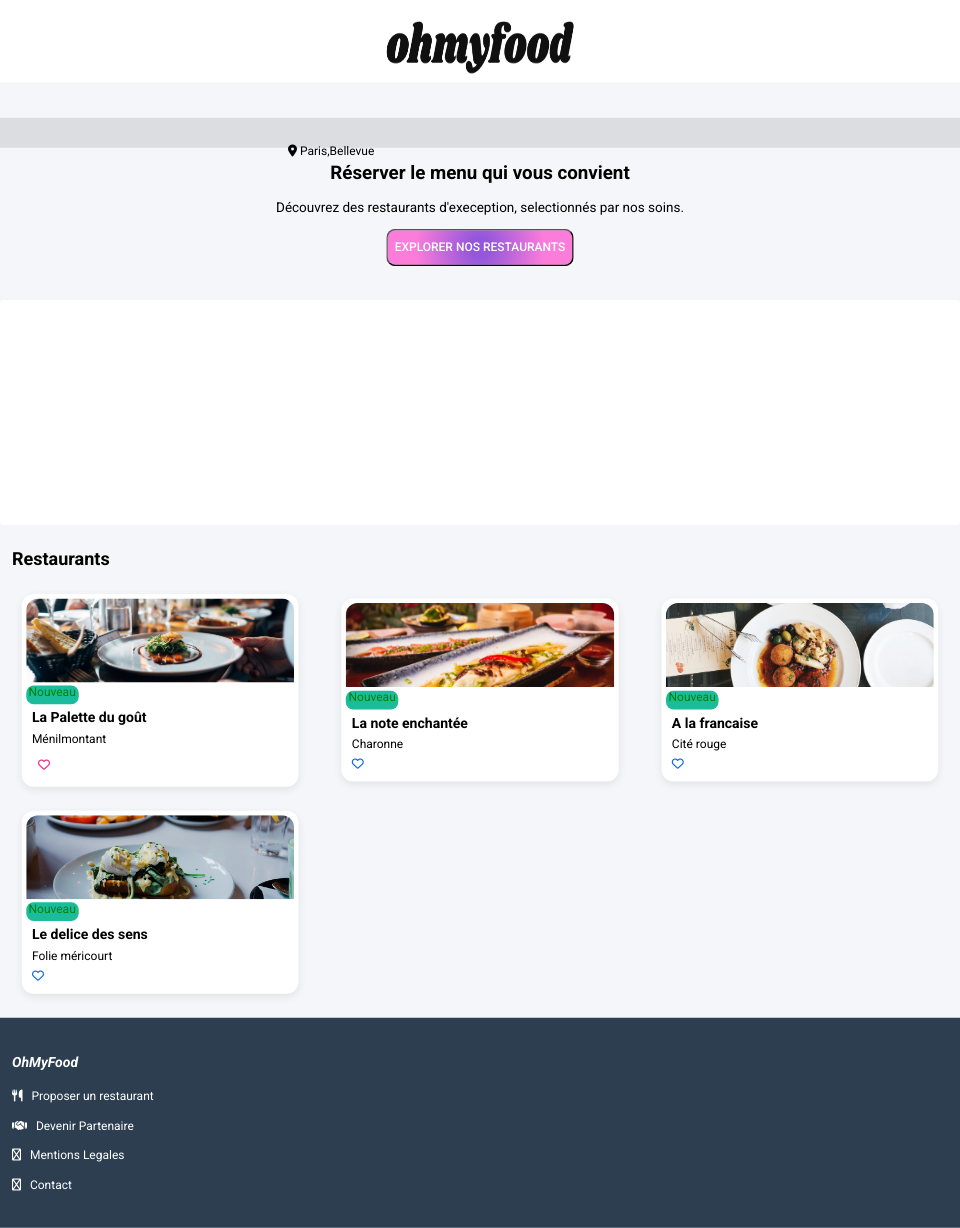
Repository: ultraasedev/ohmyfood
Page: index.html
An editor plug-in stored every save of this project. The page is shown before and after the next save, followed by the edit.
The browser window is 1280 px wide. The pictures show the whole page, at 75% of full size.
Some web fonts or font styles are not loaded; a fallback is used. Some web libraries are served in a nearby version.

Above is the page before, as saved 2022-10-27 18:28:51.

### index.html
<!doctype html>
<html lang="fr">
    <head>
        <meta charset="UTF-8">
        <meta name="viewport" content="width=device-width,minimum-scale=1,initial-scale=1,maximum-scale=2">

      <title>Ohmyfood!  - Home</title>
       <meta name="description" content="Ohmyfood! est une entreprise de commande de repas en ligne. Notre concept permet aux
       utilisateurs de composer leur propre menu et réduire leur temps d’attente dans les
       restaurants car leur menu est préparé à l’avance. Plus de perte de temps à consulter la carte"/>
       <meta property="og:site_name" content="Ohmyfood!  - est une entreprise de commande de repas en ligne. Notre concept permet aux
       utilisateurs de composer leur propre menu et réduire leur temps d’attente dans les
       restaurants car leur menu est préparé à l’avance. Plus de perte de temps à consulter la carte" />
       <meta property="og:description" content="est une entreprise de commande de repas en ligne. Notre concept permet aux
       utilisateurs de composer leur propre menu et réduire leur temps d’attente dans les
       restaurants car leur menu est préparé à l’avance. Plus de perte de temps à consulter la carte" />




       <link type="text/css" rel="stylesheet" href="css/normalize.css"/>
       <link type="text/css" rel="stylesheet" href="css/all.min.css"/>
       <link type="text/css" rel="stylesheet" href="css/fontawesome.min.css"/>
       <link rel="preconnect" href="https://fonts.googleapis.com">
        <link rel="preconnect" href="https://fonts.gstatic.com" crossorigin>
       <link href="https://fonts.googleapis.com/css2?family=Roboto:ital,wght@0,100;0,300;0,400;0,500;0,700;0,900;1,100;1,300;1,400;1,500;1,700;1,900&family=Shrikhand&display=swap" rel="stylesheet">
       <script   src="https://kit.fontawesome.com/f132f25ed3.js" crossorigin="anonymous"></script>

       <link type="text/css" rel="stylesheet" href="css/style.css" />



       </head>

       <body>
<!--Nav + Logo-->
   <div class="nav">
    <div class="logo">
      <img src="images/logo/ohmyfood.png" alt="Ohmyfood !" class="logo"/>
    </div>
   </div>


<!--Header-->
<header>
  <!--Location-->
 <div class="location">
  <div class="villeloca"><p><i class="fa-sharp fa-solid fa-location-dot"></i> Paris,Bellevue</p></div>
</div>

  <div class="head-cont">
    <h2>Réserver le menu qui vous convient</h2>
    <p>Découvrez des restaurants d'exeception, selectionnés par nos soins.</p>

    <button class="btn-nav">
      Explorer nos restaurants
    </button>
  </div>
</header>

<!--Fonctionnement-->
<section class="cont-fonc">


</section>
<!--Fonctionnement-->

<!--Restau 1-->
<section class="cont-art">
  <h2>Restaurants</h2>

  <!-- Card 1 -->
              <article class="resto-card">
                <a href="#">
                  <img
                    src="./images/restaurants/jay-wennington-N_Y88TWmGwA-unsplash.jpg"
                    alt="Photo de l'hébergement"
                  />
                  <div class="new">Nouveau</div>
                  <h3>La Palette du goût</h3>
                  <p>Ménilmontant</p>
                  <div class="stars">
                    <i class="fa-regular fa-heart active"></i>
                  </div>
                </a>
              </article>


               <!-- Card 2 -->
               <article class="resto-card">
                <a href="#">
                  <img
                    src="./images/restaurants/louis-hansel-shotsoflouis-qNBGVyOCY8Q-unsplash.jpg"
                    alt="Photo de l'hébergement"
                  />
                  <div class="new">Nouveau</div>
                  <h3>La note enchantée</h3>
                  <p>Charonne</p>
                  <div class="stars">
                    <i class="fa-regular fa-heart"></i>

                  </div>
                </a>
              </article>

               <!-- Card 3 -->
               <article class="resto-card">
                <a href="#">
                  <img
                    src="./images/restaurants/stil-u2Lp8tXIcjw-unsplash.jpg"
                    alt="Photo de l'hébergement"
                  />
                  <div class="new">Nouveau</div>
                  <h3>A la francaise</h3>
                  <p>Cité rouge</p>
                  <div class="stars">
                    <i class="fa-regular fa-heart"></i>
                  </div>
                </a>
              </article>

               <!-- Card 4 -->
               <article class="resto-card">
                <a href="#">
                  <img
                    src="./images/restaurants/toa-heftiba-DQKerTsQwi0-unsplash.jpg"
                    alt="Photo de l'hébergement"
                  />
                  <div class="new">Nouveau</div>
                  <h3>Le delice des sens</h3>
                  <p>Folie méricourt</p>
                  <div class="stars">
                    <i class="fa-regular fa-heart"></i>
                  </div>
                </a>
              </article>




</section>

<!--FOOTER-->
<footer>
  <div class="container-footer">
    <div class="card-footer">
      <h3 style="font-family: 'Roboto';font-weight: 700;font-style: italic;">OhMyFood</h3>
      <!--<img src="images/logo/ohmyfood.png" alt="Ohmyfood !" height="20px" width="80px" style="margin-bottom: 10px;"/>-->
      <a href="#"><i class="fa-solid fa-utensils"></i>&nbsp;&nbsp;&nbsp;Proposer un restaurant</a>
      <a href="#"><i class="fa-solid fa-handshake"></i>&nbsp;&nbsp;&nbsp;Devenir Partenaire</a>
      <a href="#"><i class="fa-regular fa-circle-info"></i>&nbsp;&nbsp;&nbsp;Mentions Legales</a>
      <a href="#"><i class="fa-regular fa-phone"></i>&nbsp;&nbsp;&nbsp;Contact</a>

    </div>

</footer>

### css/style.css
*{
    box-sizing: border-box;
    font-family: var(--fontall);
    max-width: 1380px;

}
:root{

  /*Font*/
  --fontall: 'Roboto', sans-serif;
  --fontlg: 'Shrikhand' , cursive;

  /*color*/
  --primary: #9356DC;
  --secon: #FF79DA;
  --tert: #99E2D0;

  --greybg: #f5f6fa;

}


body{
    background-color:  var(--greybg);
    font-family: var(--fontall);
}

/* Nav*/
.nav{
  display: flex;
  height: 130px;
  width: 100%;
  background-color: #fff;
  align-items: center;
  align-content: center;
  text-align: center;
  margin-bottom: 10px;
}
/*Logo*/
.logo{
  position: relative;
  align-items: center;
  align-content: center;
  text-align: center;
  margin-right: auto;
  margin-left: auto;
}
.logo img{
  height: 70px;
  width: 250px;
}
/*Header*/
header{
  position: absolute;
  height: 300px;
  width: 100%;
  background-color: #f5f6fa;
  align-items: center;
  align-content: center;
  text-align: center;
  margin-top: -30px;
}
/*Location*/
.location{
  position: flex;
  background-color: #dcdde1;
  height: 40px;
  margin-top: -8px;
  align-items: center;
  align-content: center;
  text-align: center;
}
.location .villeloca{
  position: absolute;
  align-items: center;
  align-content: center;
  text-align: center;
  left: 30%;
}

/*Head-Cont*/

.head-cont h2{
  font-size: 25px;
  font-weight: bold;

}
.head-cont p{
  font-size: 18px;
  font-weight: 400;

}
/*Btn-nav*/
.btn-nav{
  align-items: center;
  align-content: center;
  text-transform: uppercase;
  transition: 0.5s;
  background: rgb(147,86,220);
  background: radial-gradient(circle, rgba(147,86,220,1) 10%, rgba(252,124,218,1) 69%);
  z-index: -1;
  transition: transform 400ms ease-in;
  color: #fff;
  width: 250px;
  height: 50px;
  overflow: hidden;
  text-decoration: none;
  border-radius: 12px;
 font-weight: 500;

}
/*Fonctionnement*/
.cont-fonc{
  position: relative;
  background-color: #fff;
  height: 300px;
  margin-top: 270px;
  border-radius: 5px;
}


/* Content Article */
.cont-art{
  background-color: #f5f6fa;
  padding: 32px 16px;
  border-radius: 16px;
  display: grid;
  grid-template-columns: repeat(3, 1fr);
  gap: 32px;
  left: 10px;
}
.cont-art h2 {
  grid-column: 1/-1;
  margin: 0;
}
.cont-art .resto-card{
  background: white;
  padding: 6px;
  border-radius: 16px;
  margin: auto;
  box-shadow: rgba(0, 0, 0, 0.08) 0px 4px 12px;
  transition: 0.2s;
  width: calc(100% - 25px);
}
.cont-art .resto-card .new{
  background-color: #1abc9c;
  color: green;
  height: 25px;
  width: 70px;
  text-align: center;
  justify-content: center;
  align-items: center;
  border-radius: 10px;
}
.cont-art .resto-card img {
  width: 350px;
  border-radius: 16px 16px 0 0;
  height: 112px;
  object-fit: cover;
  width: 100%;
}
.cont-art .resto-card a {
  text-decoration: none;
  color: inherit;
}

.cont-art .resto-card h3 {
  margin: 8px 8px 8px;
}

.cont-art .resto-card p {
  margin: 8px 8px 8px;
}

.cont-art .resto-card .stars {
  margin: 8px 8px 8px;
  color: #0065fc;
}
.cont-art .resto-card .stars .active{
  margin: 8px 8px 8px;
  color: #f52179;
}

/*FOOTER*/
footer {
  background-color: #2c3e50;
  padding: 32px 16px;
  color: #fff;
}
.container-footer {
  display: flex;
  max-width: 1330px;
  margin: auto;
  font-family: "Raleway", sans-serif;
  gap: 16px;
}
.card-footer {
  display: flex;
  flex-direction: column;
  min-width: 30%;
}

.card-footer a {
  margin-top: 5px;
  margin-bottom: 16px;
  text-decoration: none;
  color: inherit;
}

.card-footer a:hover {
  text-decoration: underline !important;
}

Loaded but not shown: css/normalize.css (library); css/all.min.css (library); css/fontawesome.min.css (library)

After the next save:
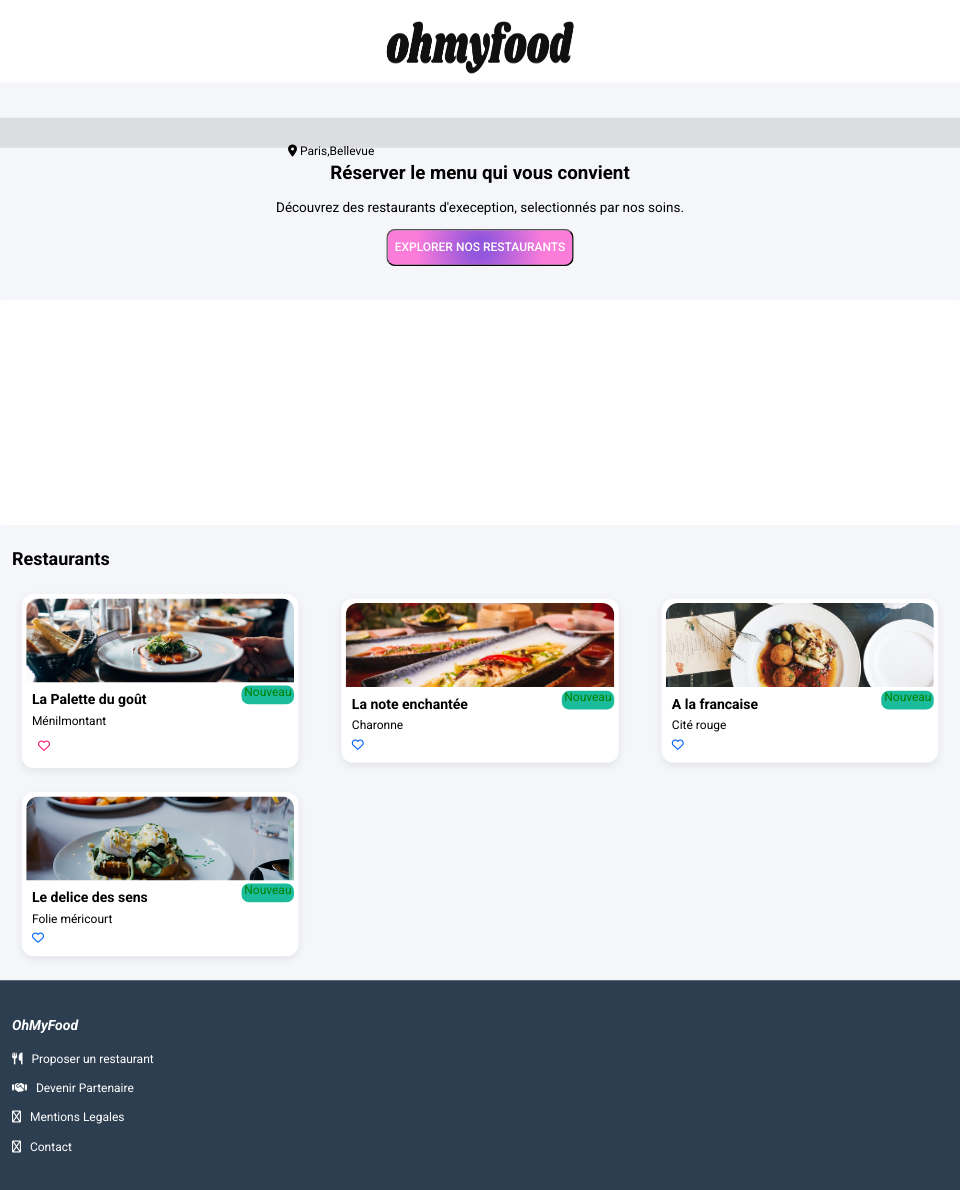
Saved 51 s later.
--- a/css/style.css
+++ b/css/style.css
@@ -151,6 +151,8 @@ header{
   justify-content: center;
   align-items: center;
   border-radius: 10px;
+  float: right;
+  margin-bottom: 20px;
 }
 .cont-art .resto-card img {
   width: 350px;
